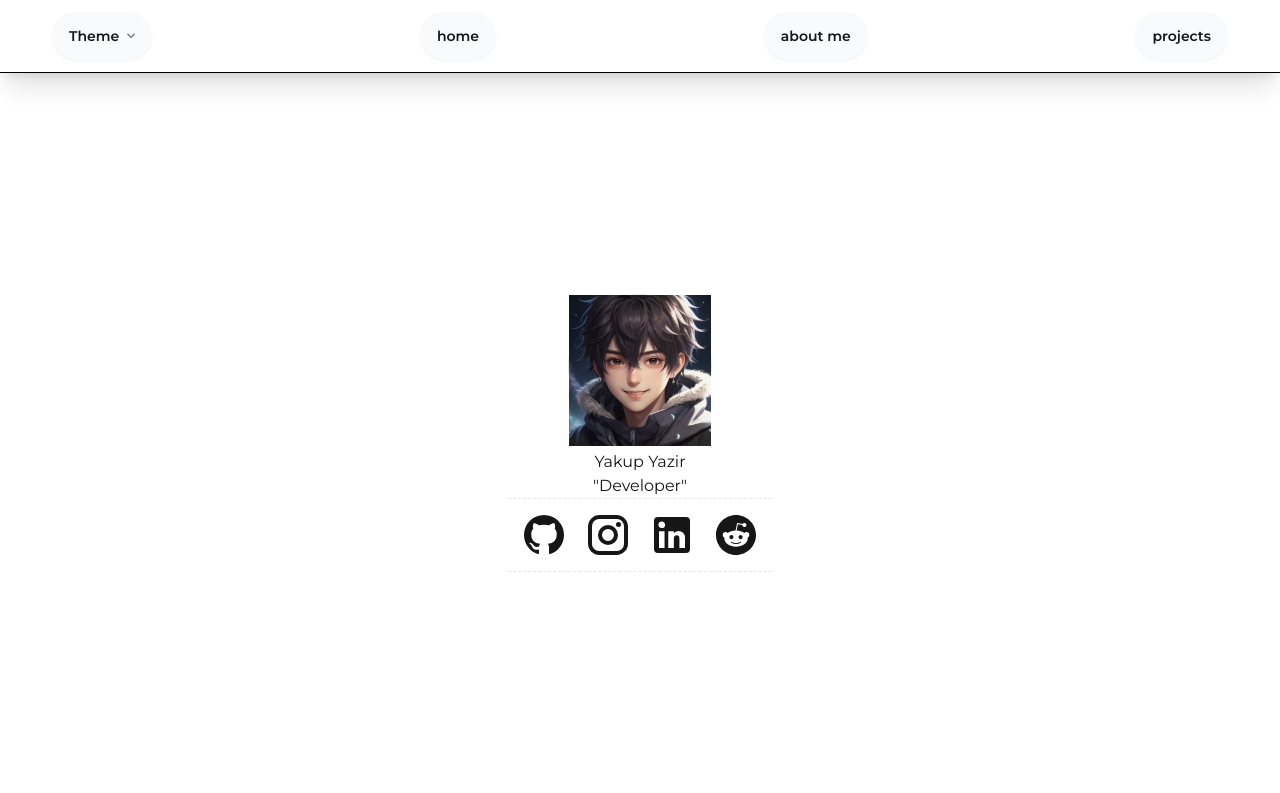
Repository: Yakyaz/myWebsite
Page: /home
An editor plug-in stored every save of this project. The page is shown before and after the next save, followed by the edit.
The browser window is 1280 px wide. The pictures show the whole page.
The project was rebuilt for these pictures with package versions that can differ from the ones it lists, and the page was loaded fresh each time. The framework's server and built-in components were replaced by stand-ins that run in the browser. Also part of the build but not shown: next.config.js.

Above is the page before, as saved 2023-12-03 14:16:20.

After the next save:
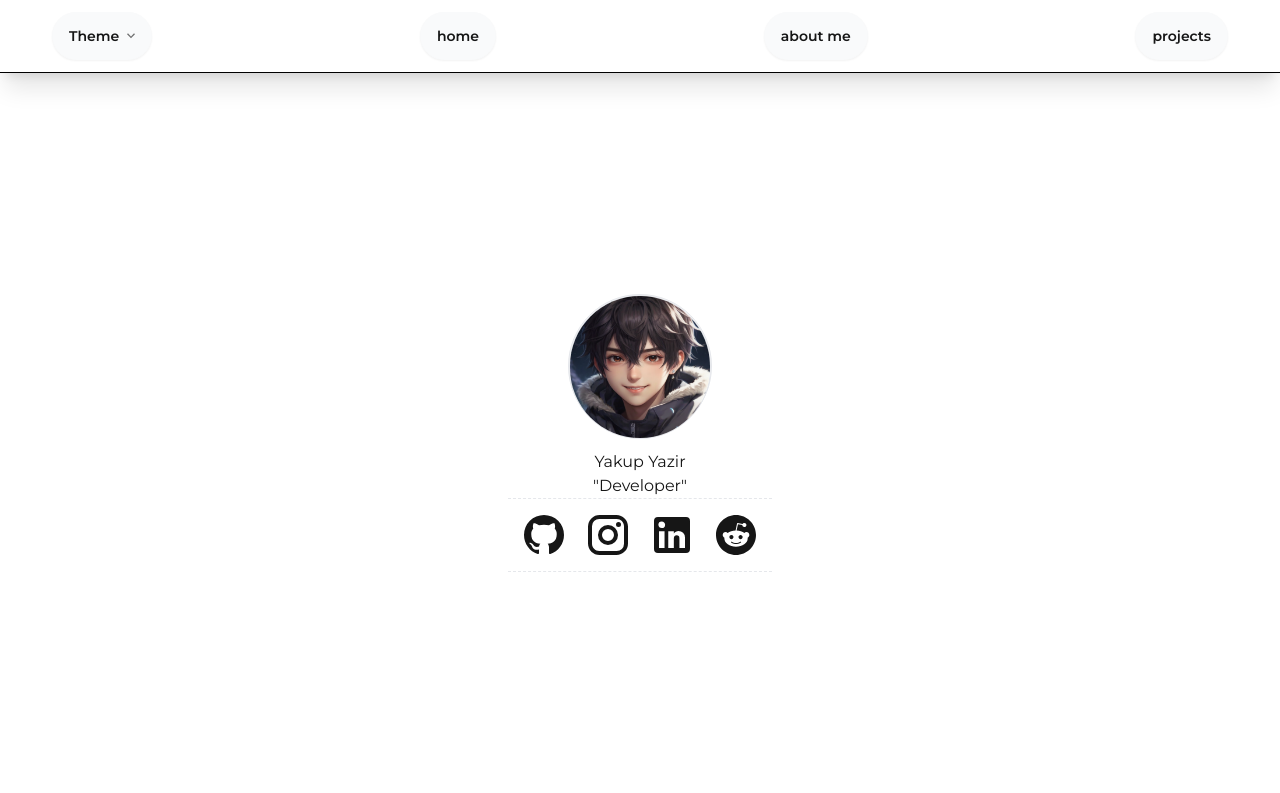
Saved 19 s later.
--- a/app/home/page.tsx
+++ b/app/home/page.tsx
@@ -18,6 +18,7 @@ function Home() {
         <div className="flex flex-col justify-center items-center">
           <div className="border rounded-full mb-3 h-36 w-36 text-center">
             <Image
+              className="border rounded-full mb-3 h-36 w-36 text-center"
               alt="Pb"
               src={pb}
               placeholder="blur"
